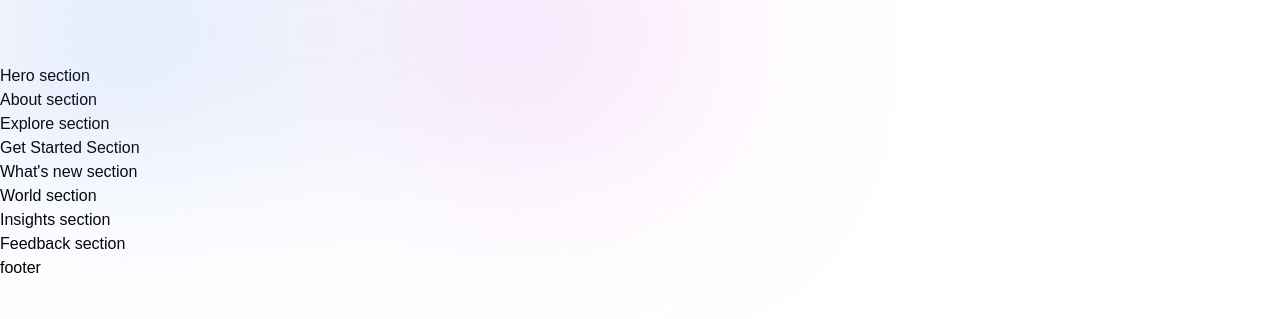
Repository: remydev47/metaoasis
Page: /
An editor plug-in stored every save of this project. The page is shown before and after the next save, followed by the edit.
The browser window is 1280 px wide. The pictures show the whole page.
Some web fonts or font styles are not loaded; a fallback is used. The project was rebuilt for these pictures with package versions that can differ from the ones it lists, and the page was loaded fresh each time. The framework's server and built-in components were replaced by stand-ins that run in the browser. Also part of the build but not shown: next.config.js, components/CustomTexts.jsx, components/ExploreCard.jsx, components/StartSteps.jsx, components/NewFeatures.jsx, components/InsightCard.jsx.

Above is the page before, as saved 2022-11-30 12:43:26.

### app/page.js
import { Footer, Navbar } from '../components';
import { About, Explore, Feedback, GetStarted, Hero, Insights, WhatsNew, World } from '../sections';

const Page = () => (
  <div>
    <Navbar/>
    <Hero />
    <About />
    <Explore />
    <GetStarted />
    <WhatsNew />
    <World />
    <Insights />
    <Feedback />
    <Footer />
  </div>
);

export default Page;

### components/Navbar.jsx
'use client';
import { motion } from "framer-motion";
import styles from '../styles'
import { navVariants } from '../utils/motion'

const Navbar = () => (
  <motion.nav
   variants={navVariants}
   initial="hidden"
   whileInView="show"
   className={`${styles.xPaddings} py-8 relative`}
  >
    <div className="absolute w-[50%] inset-0 gradient-01" />
  </motion.nav>
);

export default Navbar;

### styles/index.js
const styles = {
  innerWidth: '2xl:max-w-[1280px] w-full',
  interWidth: 'lg:w-[80%] w-[100%]',

  paddings: 'sm:p-16 xs:p-8 px-6 py-12',
  yPaddings: 'sm:py-16 xs:py-8 py-12',
  xPaddings: 'sm:px-16 px-6',
  topPaddings: 'sm:pt-16 xs:pt-8 pt-12',
  bottomPaddings: 'sm:pb-16 xs:pb-8 pb-12',

  flexCenter: 'flex justify-center items-center',
  flexStart: 'flex justify-start items-start',
  flexEnd: 'flex justify-end',
  navPadding: 'pt-[98px]',

  // hero section
  heroHeading:
      'font-bold lg:text-[144px] md:text-[100px] sm:text-[60px] text-[44px] lg:leading-[158.4px] md:leading-[114.4px] sm:leading-[74.4px] leading-[64.4px] uppercase text-white',
  heroDText:
      'md:w-[212px] sm:w-[80px] w-[60px] md:h-[108px] sm:h-[48px] h-[38px] md:border-[18px] border-[9px] rounded-r-[50px] border-white sm:mx-2 mx-[6px]',
};

export default styles;

### utils/motion.js
export const navVariants = {
  hidden: {
    opacity: 0,
    y: -50,
    transition: {
      type: 'spring',
      stiffness: 300,
      damping: 140,
    },
  },
  show: {
    opacity: 1,
    y: 0,
    transition: {
      type: 'spring',
      stiffness: 80,
      delay: 1,
    },
  },
};

export const slideIn = (direction, type, delay, duration) => ({
  hidden: {
    x: direction === 'left' ? '-100%' : direction === 'right' ? '100%' : 0,
    y: direction === 'up' ? '100%' : direction === 'down' ? '100%' : 0,
  },
  show: {
    x: 0,
    y: 0,
    transition: {
      type,
      delay,
      duration,
      ease: 'easeOut',
    },
  },
});

export const staggerContainer = (staggerChildren, delayChildren) => ({
  hidden: {},
  show: {
    transition: {
      staggerChildren,
      delayChildren,
    },
  },
});

export const textVariant = (delay) => ({
  hidden: {
    y: 50,
    opacity: 0,
  },
  show: {
    y: 0,
    opacity: 1,
    transition: {
      type: 'spring',
      duration: 1.25,
      delay,
    },
  },
});

export const textContainer = {
  hidden: {
    opacity: 0,
  },
  show: (i = 1) => ({
    opacity: 1,
    transition: { staggerChildren: 0.1, delayChildren: i * 0.1 },
  }),
};

export const textVariant2 = {
  hidden: {
    opacity: 0,
    y: 20,
  },
  show: {
    opacity: 1,
    y: 0,
    transition: {
      type: 'tween',
      ease: 'easeIn',
    },
  },
};

export const fadeIn = (direction, type, delay, duration) => ({
  hidden: {
    x: direction === 'left' ? 100 : direction === 'right' ? -100 : 0,
    y: direction === 'up' ? 100 : direction === 'down' ? -100 : 0,
    opacity: 0,
  },
  show: {
    x: 0,
    y: 0,
    opacity: 1,
    transition: {
      type,
      delay,
      duration,
      ease: 'easeOut',
    },
  },
});

export const planetVariants = (direction) => ({
  hidden: {
    x: direction === 'left' ? '-100%' : '100%',
    rotate: 120,
  },
  show: {
    x: 0,
    rotate: 0,
    transition: {
      type: 'spring',
      duration: 1.8,
      delay: 0.5,
    },
  },
});

export const zoomIn = (delay, duration) => ({
  hidden: {
    scale: 0,
    opacity: 0,
  },
  show: {
    scale: 1,
    opacity: 1,
    transition: {
      type: 'tween',
      delay,
      duration,
      ease: 'easeOut',
    },
  },
});

export const footerVariants = {
  hidden: {
    opacity: 0,
    y: 50,
    transition: {
      type: 'spring',
      stiffness: 300,
      damping: 140,
    },
  },
  show: {
    opacity: 1,
    y: 0,
    transition: {
      type: 'spring',
      stiffness: 80,
      delay: 0.5,
    },
  },
};

Loaded but not shown: app/layout.js (common file); styles/globals.css (common file); components/index.js (common file); sections/index.js (common file); components/Footer.jsx (common file); sections/Hero.jsx (common file); sections/About.jsx (common file); sections/Explore.jsx (common file); sections/GetStarted.jsx (common file); sections/WhatsNew.jsx (common file); sections/World.jsx (common file); sections/Insights.jsx (common file); sections/Feedback.jsx (common file); tailwind.config.js (common file)

After the next save:
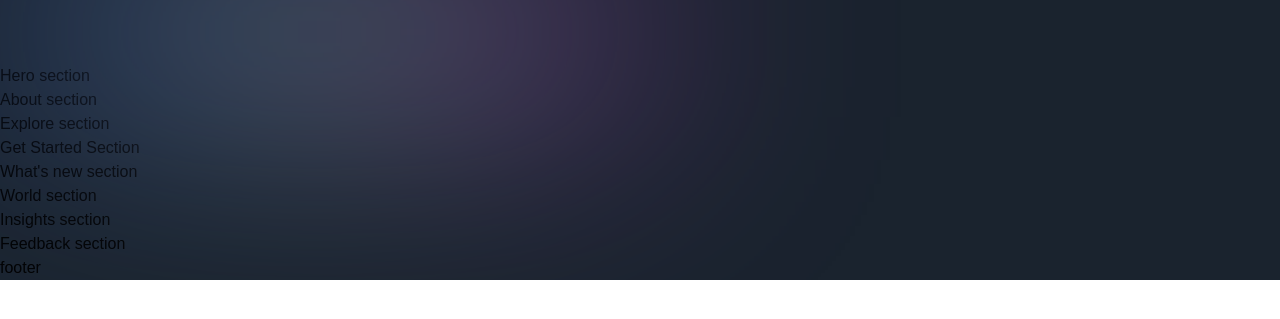
Saved 1 s later.
--- a/app/page.js
+++ b/app/page.js
@@ -2,7 +2,7 @@ import { Footer, Navbar } from '../components';
 import { About, Explore, Feedback, GetStarted, Hero, Insights, WhatsNew, World } from '../sections';
 
 const Page = () => (
-  <div>
+  <div className='bg-primary-black overflow-hidden'>
     <Navbar/>
     <Hero />
     <About />
